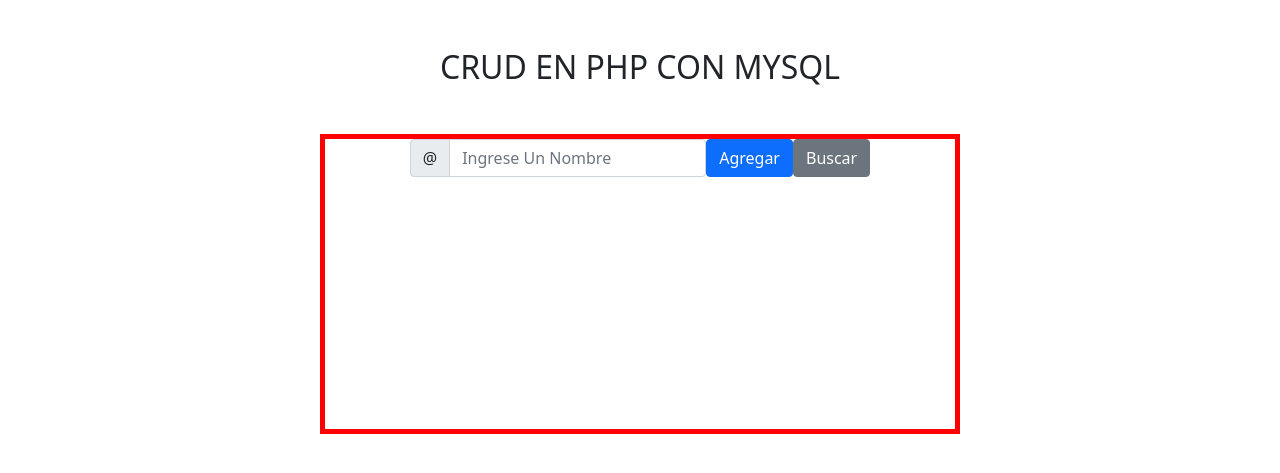
Repository: nder1996/CRUD_SENCILLO
Page: http://localhost/
The author's editor kept a copy of each file at every save. The page is drawn from the files as they stood at one save, then again after the next save.
The browser window is 1280 px wide. The pictures show the whole page.
The page is run by PHP 8.4 with error messages shown; the project is at /var/www/html/.

Above is the page before, as saved 2021-10-04 20:03:52.

### CRUD - SILENCIADO/index.php
<!DOCTYPE html>
<html lang="en">
<head>
    <meta charset="UTF-8">
    <meta http-equiv="X-UA-Compatible" content="IE=edge">
    <meta name="viewport" content="width=device-width, initial-scale=1.0">
    <title>CRUD PHP</title>
    <link href="https://cdn.jsdelivr.net/npm/bootstrap@5.1.1/dist/css/bootstrap.min.css" rel="stylesheet" integrity="sha384-F3w7mX95PdgyTmZZMECAngseQB83DfGTowi0iMjiWaeVhAn4FJkqJByhZMI3AhiU" crossorigin="anonymous">
    <link rel="stylesheet" href="css/estilos.css">
    <link rel="stylesheet" href="https://cdnjs.cloudflare.com/ajax/libs/bootstrap-icons/1.5.0/font/bootstrap-icons.min.css" integrity="sha512-xnP2tOaCJnzp2d2IqKFcxuOiVCbuessxM6wuiolT9eeEJCyy0Vhcwa4zQvdrZNVqlqaxXhHqsSV1Ww7T2jSCUQ==" crossorigin="anonymous" referrerpolicy="no-referrer" />
</head>
<body>
    <h2 class="text-center mt-5">CRUD EN PHP CON MYSQL</h2>
    <div class="contenedor mt-5">
            <div class="input_button d-flex justify-content-center">
                <section class="ml-5">
                    <label class="visually-hidden" for="inlineFormInputGroupUsername">Username</label>
                    <div class="input-group">
                      <div class="input-group-text">@</div>
                      <input type="text" class="form-control" id="inlineFormInputGroupUsername" placeholder="Ingrese Un Nombre">
                    </div>
                </section>
                <section>
                    <button type="button" class="btn btn-primary">Agregar</button>
                </section>
                <section>
                    <button type="button" class="btn btn-secondary">Buscar</button>
                </section>
            </div>
        <!--
        <div class="input-group">
            <input type="text" class="form-control" placeholder="Recipient's username" aria-label="Recipient's username with two button addons">
            <button class="btn btn-outline-secondary" type="button"><i class="bi bi-search mr-5"></i></button>
            <button class="btn btn-outline-secondary" type="button"><i class="bi bi-file-earmark-plus"></i></button>
          </div>
        <div class="">
            <i class="bi bi-alarm"></i>
        </div>
        -->
    </div>
    <script src="https://cdn.jsdelivr.net/npm/bootstrap@5.1.1/dist/js/bootstrap.bundle.min.js" integrity="sha384-/bQdsTh/da6pkI1MST/rWKFNjaCP5gBSY4sEBT38Q/9RBh9AH40zEOg7Hlq2THRZ" crossorigin="anonymous"></script>
</body>
</html>

### CRUD - SILENCIADO/css/estilos.css
.contenedor{
    border:5px solid red;
    width: 50%;
    height: 300px;
    margin: auto;
}

.input_button{

}

After the next save:
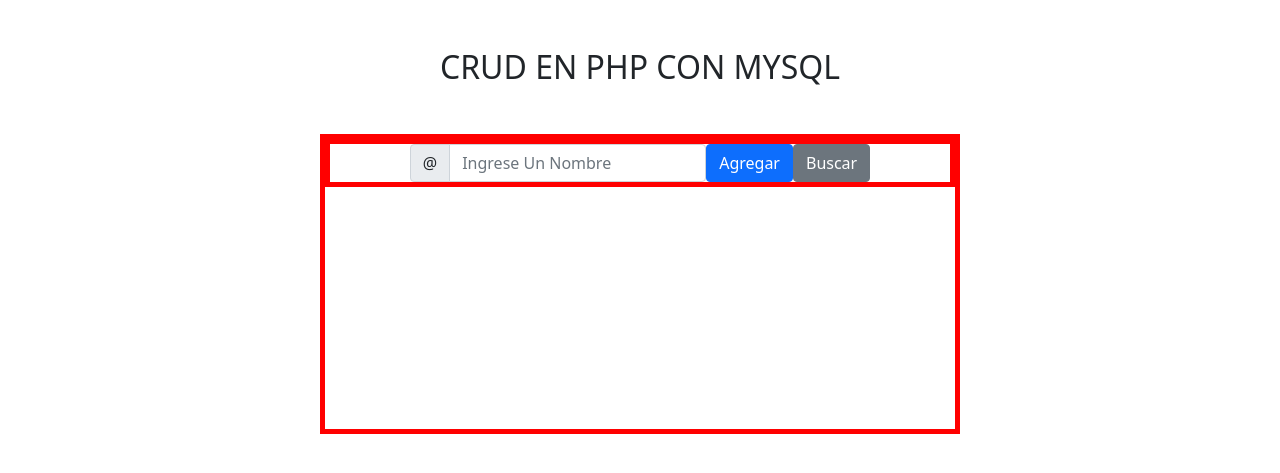
Saved 10 s later.
--- a/CRUD - SILENCIADO/css/estilos.css
+++ b/CRUD - SILENCIADO/css/estilos.css
@@ -6,5 +6,5 @@
 }
 
 .input_button{
-
+    border:5px solid red
 }
